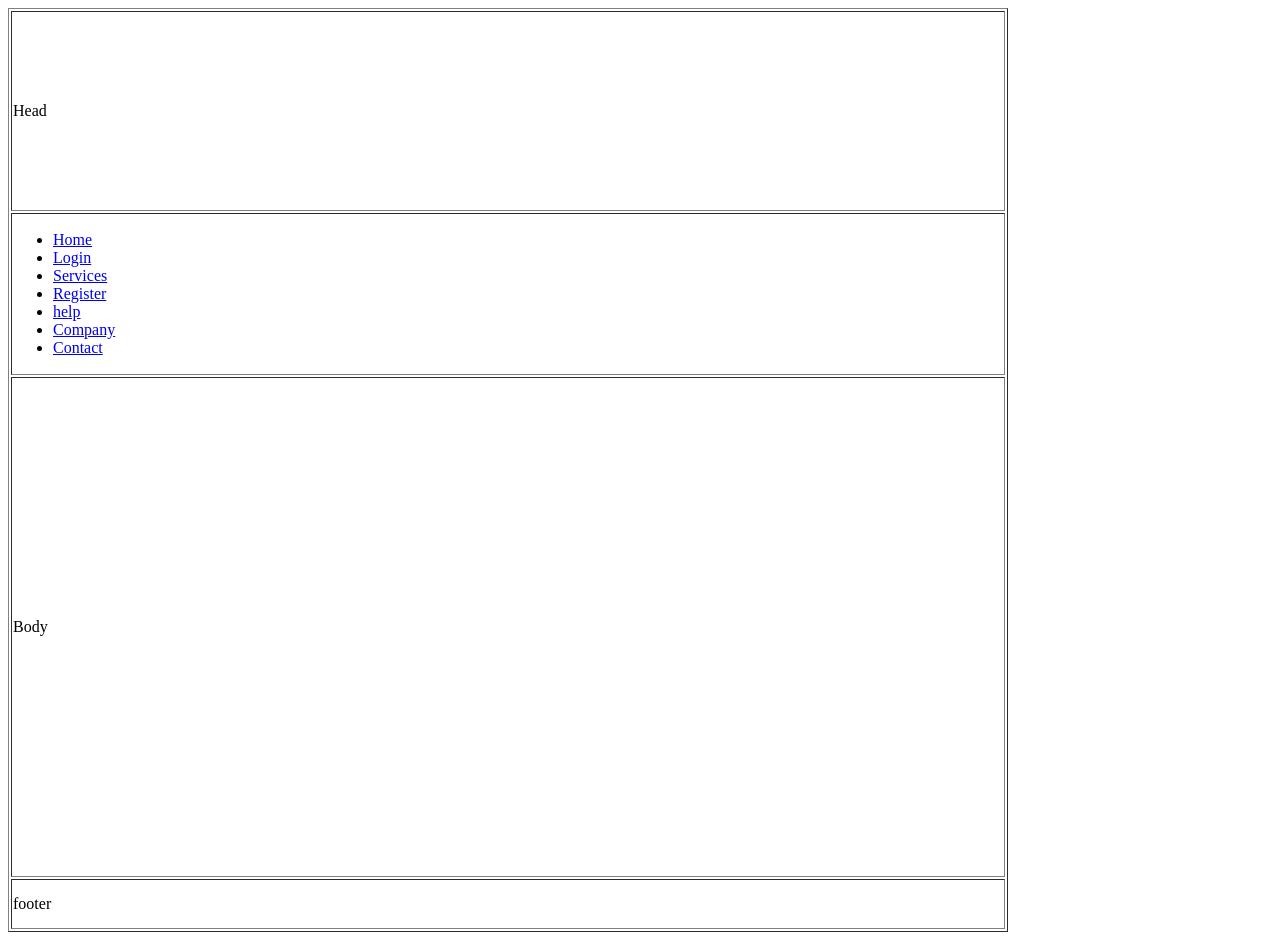
Repository: PraveenRavipati/MyWork
Page: Java/workspaces/office Java WorkScapces/works/javaTraining/WebContent/home.html
An editor plug-in stored every save of this project. The page is shown before and after the next save, followed by the edit.
The browser window is 1280 px wide. The pictures show the whole page.

Above is the page before, as saved 2014-06-02 10:06:58.

After the next save:
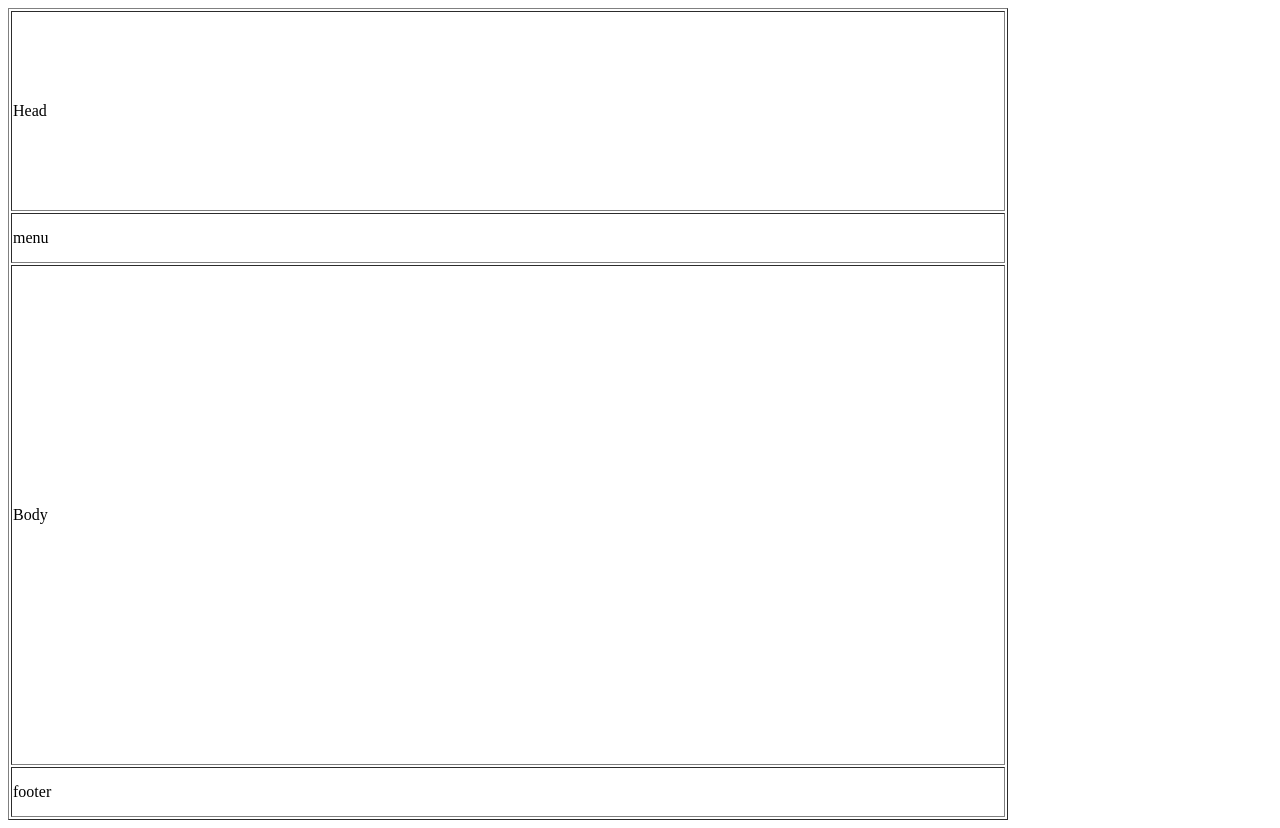
Saved 3 s later.
--- a/Java/workspaces/office Java WorkScapces/works/javaTraining/WebContent/home.html
+++ b/Java/workspaces/office Java WorkScapces/works/javaTraining/WebContent/home.html
@@ -10,17 +10,7 @@
 			<td>Head</td>
 		</tr>
 		<tr height="50">
-			<td><div id="templatemo_menu">
-                <ul>
-                    <li><a href="#" class="current">Home</a></li>
-                    <li><a href="#">Login</a></li>
-                    <li><a href="#">Services</a></li>
-                    <li><a href="#">Register</a></li>
-                    <li><a href="#">help</a></li>
-                    <li><a href="#">Company</a></li>
-                    <li><a href="#" class="last">Contact</a></li>
-                </ul>
-            </div></td>
+			<td>menu</td>
 		</tr>
 		<tr height="500">
 			<td>Body</td>

After the save that followed:
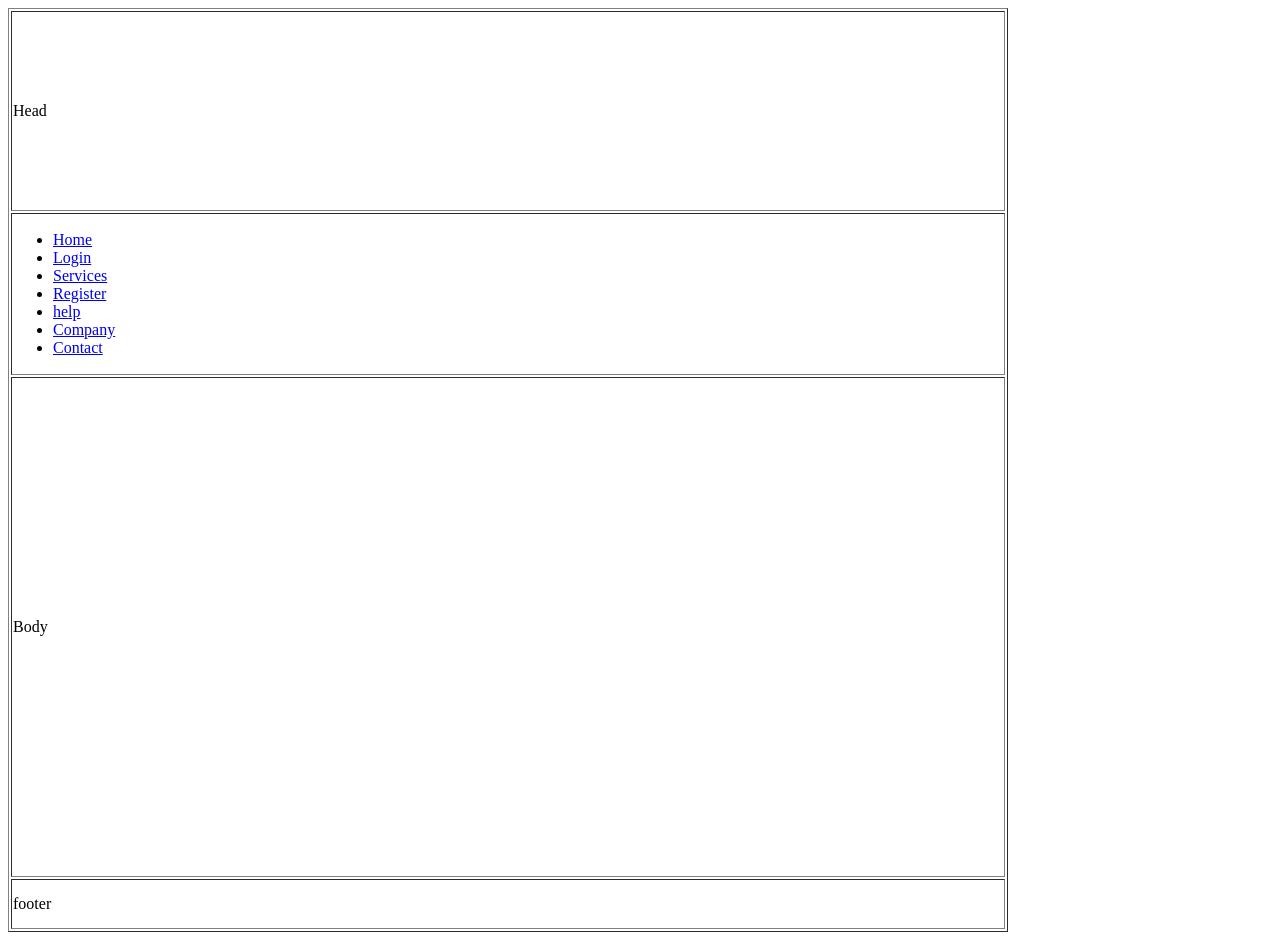
Saved 102 s later.
--- a/Java/workspaces/office Java WorkScapces/works/javaTraining/WebContent/home.html
+++ b/Java/workspaces/office Java WorkScapces/works/javaTraining/WebContent/home.html
@@ -10,7 +10,17 @@
 			<td>Head</td>
 		</tr>
 		<tr height="50">
-			<td>menu</td>
+			<td><div id="templatemo_menu">
+                <ul>
+                    <li><a href="home.html" class="current">Home</a></li>
+                    <li><a href="Login.html">Login</a></li>
+                    <li><a href="Services.html">Services</a></li>
+                    <li><a href="Register.html">Register</a></li>
+                    <li><a href="#">help</a></li>
+                    <li><a href="#">Company</a></li>
+                    <li><a href="Contactus.html" class="last">Contact</a></li>
+                </ul>
+            </div></td>
 		</tr>
 		<tr height="500">
 			<td>Body</td>
